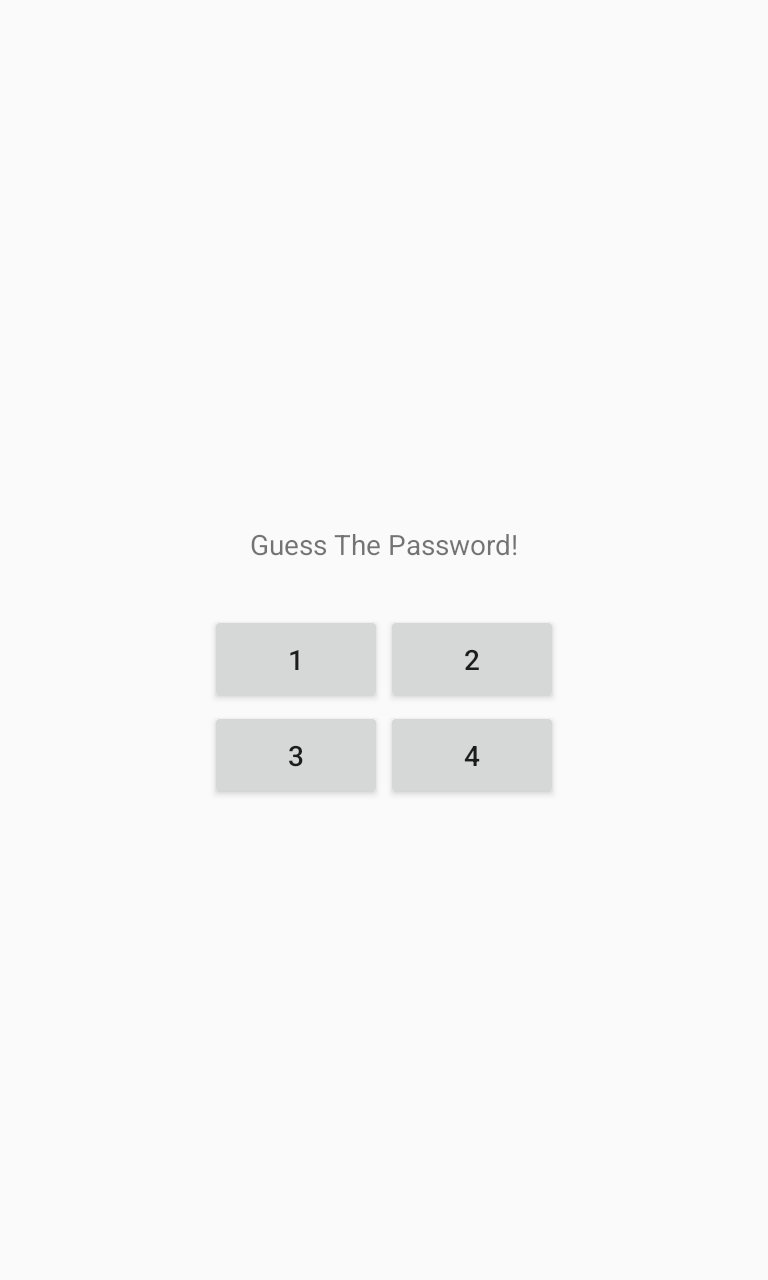
Repository: cryder3/csc303
Layout: Challenge1/res/layout/activity_topsecret.xml
The author's editor kept a copy of each file at every save. The layout is drawn from the files as they stood at one save, then again after the next save.
It is drawn on a 768 x 1280 px phone screen (xhdpi) without system bars, with theme AppTheme; the app's code is not run.

Above is the layout before, as saved 2014-09-08 15:21:45.

### Challenge1/res/layout/activity_topsecret.xml
<LinearLayout xmlns:android="http://schemas.android.com/apk/res/android"
    xmlns:tools="http://schemas.android.com/tools"
    android:id="@+id/LinearLayout1"
    android:layout_width="match_parent"
    android:layout_height="match_parent"
    android:orientation="vertical"
    android:gravity= "center"
    tools:context="${relativePackage}.${activityClass}" >

    <TextView
        android:layout_width="wrap_content"
        android:layout_height="wrap_content"
        android:padding="24dp"
        android:text="Guess The Password!"
        />

    <LinearLayout
        android:layout_width="match_parent"
        android:layout_height="wrap_content"
        android:gravity="center"
        >

        <Button
            android:id="@+id/button1"
            android:layout_width="wrap_content"
            android:layout_height="wrap_content"
            android:text="1" />

        <Button
            android:id="@+id/button2"
            android:layout_width="wrap_content"
            android:layout_height="wrap_content"
            android:text="2" />

    </LinearLayout>
    <LinearLayout
        android:layout_width="match_parent"
        android:layout_height="wrap_content"
        android:gravity="center"
        >

        <Button
            android:id="@+id/button3"
            android:layout_width="wrap_content"
            android:layout_height="wrap_content"
            android:text="3" />

        <Button
            android:id="@+id/button4"
            android:layout_width="wrap_content"
            android:layout_height="wrap_content"
            android:text="4" />

    </LinearLayout>


</LinearLayout>

Loaded but not shown: Challenge1/res/values/styles.xml (common file); Challenge1/res/values-v11/styles.xml (common file); Challenge1/res/values-v14/styles.xml (common file)

After the next save:
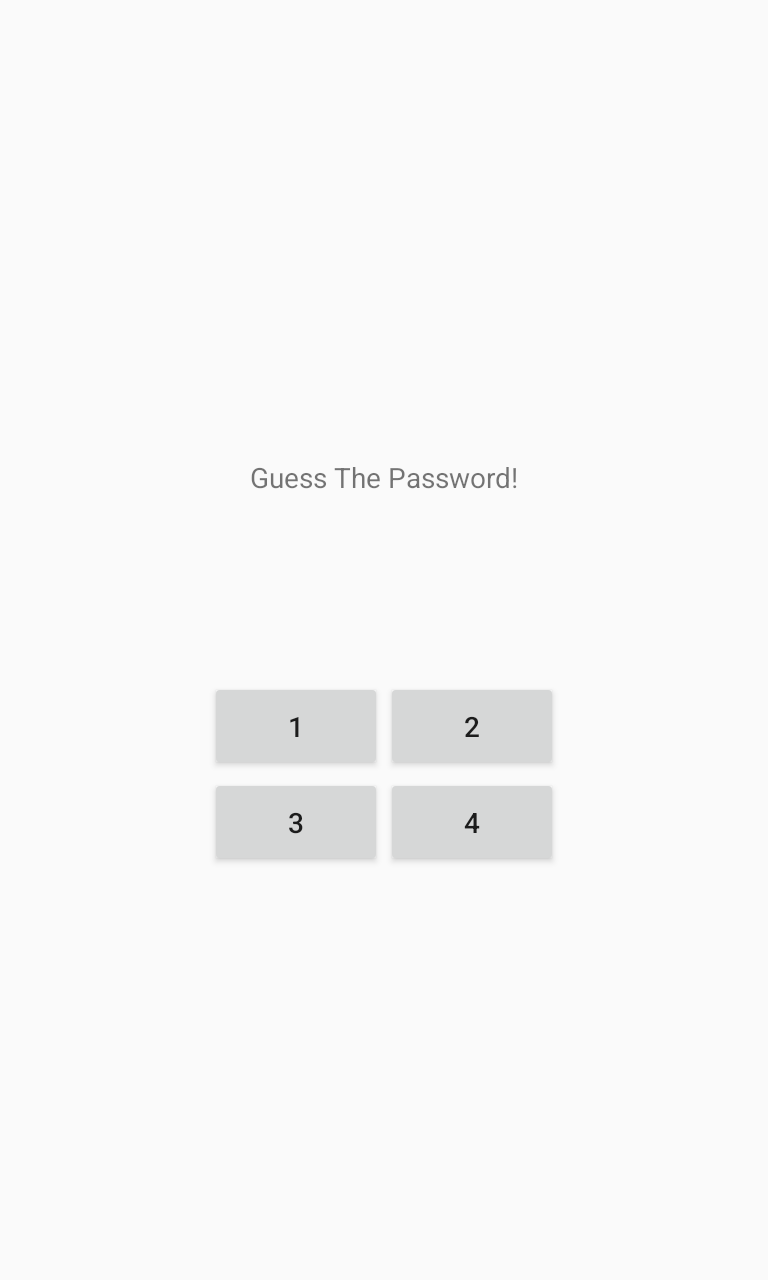
Saved 10 min 37 s later.
--- a/Challenge1/res/layout/activity_topsecret.xml
+++ b/Challenge1/res/layout/activity_topsecret.xml
@@ -12,6 +12,13 @@
         android:layout_height="wrap_content"
         android:padding="24dp"
         android:text="Guess The Password!"
+        />
+
+    <TextView
+        android:id="@+id/entered_text"
+        android:layout_width="wrap_content"
+        android:layout_height="wrap_content"
+        android:padding="24dp"
         />
 
     <LinearLayout
